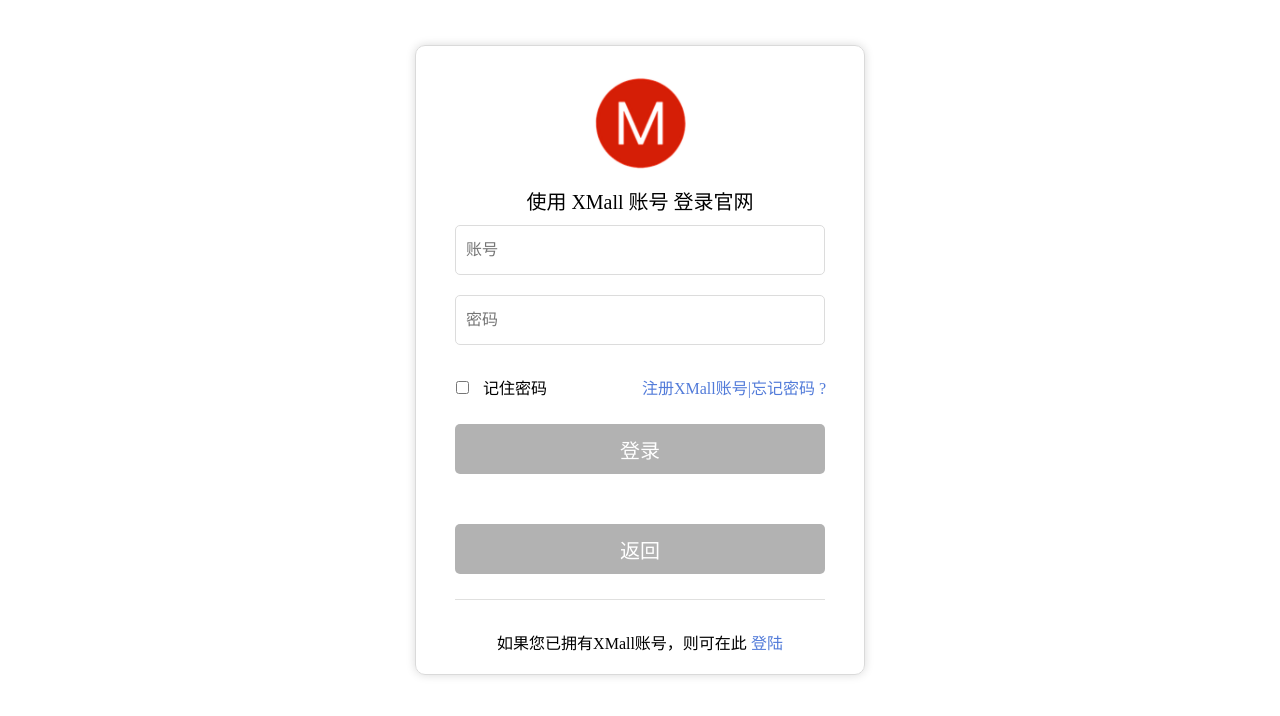
Repository: dingqihui1997/xmall-demo
Page: /signin
The author's editor kept a copy of each file at every save. The page is drawn from the files as they stood at one save, then again after the next save.
The browser window is 1280 px wide. The pictures show the whole page.
The project was rebuilt for these pictures with package versions that can differ from the ones it lists, and the page was loaded fresh each time. Also part of the build but not shown: vue.config.js, src/views/Home.vue.

Above is the page before, as saved 2021-06-29 17:48:21.

### src/main.js
import Vue from 'vue'
import App from './App.vue'
import router from './router'
import store from './store'
import ElementUI from 'element-ui';
import 'element-ui/lib/theme-chalk/index.css';
Vue.use(ElementUI);
Vue.config.productionTip = false

new Vue({
  router,
  store,
  render: h => h(App)
}).$mount('#app')

### src/App.vue
<template>
  <div id="app">
    <router-view />
  </div>
</template>

<style lang="scss">
@import "./styles/common";
@import "./styles/ui";
</style>

### src/router/index.js
import Vue from 'vue'
import VueRouter from 'vue-router'
import Home from '../views/Home.vue'

Vue.use(VueRouter)

const routes = [
  {
    path: '/',
    name: 'Home',
    component: Home
  },
  {//登录
    path: '/signin',
    name: 'Signin',
    component: () => import('../components/signin/Signin.vue')
  },
  {//注册
    path: '/register',
    name: 'Register',
    component: () => import('../components/register/Register.vue')
  },


]

const router = new VueRouter({
  mode: 'history',
  base: process.env.BASE_URL,
  routes
})

export default router

### src/styles/common.scss
 * {
     margin: 0;
     padding: 0;
 }

 .center {
     //居中显示
     margin: auto;
     position: absolute;
     top: 0;
     bottom: 0;
     left: 0;
     right: 0;
 }

 * {
     box-sizing: border-box;
 }

 .wi100 {
     width: 100%;
 }

 .hei100 {
     height: 100%;
 }

 .pflex {
     position: fixed;
     /* 固定定位 */
 }

 .flex {
     display: flex;
 }

 .flex-wrap {
     /* 子元素换行排列 */
     display: flex;
     flex-wrap: wrap;
     align-items: center;
 }

 .flex-j {
     display: flex;
     justify-content: center;
     /* 水平方向居中 */
 }

 .flex-a {
     display: flex;
     align-items: center;
     /* 垂直方向居中 */
 }

 .flex-ja {
     /* felx-ja 垂直水平方向居中 */
     display: flex;
     align-items: center;
     justify-content: center;
 }

 .flex-sb {
     /* flex-sb 子元素两边排列 */
     display: flex;
     justify-content: space-between;
 }

 .flex-sba {
     /* flex-sb 子元素两边排列 bing居中 */
     display: flex;
     justify-content: space-between;
     align-items: center;
 }

 .flex-d {
     /* z子元素竖向排列 */
     display: flex;
     flex-direction: column;
 }

 .flex-di {
     /* 子元素竖向排列并居中 */
     display: flex;
     flex-direction: column;
     align-items: center;
 }

 .flex-dj {
     /* 子元素竖向排列并居中 */
     display: flex;
     flex-direction: column;
 }

 .flex-dji {
     /* 子元素竖向排列并水平垂直居中 */
     display: flex;
     flex-direction: column;
     align-items: center;
     justify-content: center;
 }

 .pad-t10 {
     padding-top: 10px;
 }

 .pad-t15 {
     padding-top: 15px;
 }

 .margin-r55 {
     margin-right: 55px;
 }

 .marginauto {
     margin: 0 auto;
 }

 .img100 {
     width: 100%;
     height: 100%;
 }

 .img50 {
     width: 50%;
     height: 50%;
 }

 .imgh100 {
     height: 100%;
 }

 .img45 {
     width: 45%;
     height: 45%;
 }

 .img80 {
     width: 80%;
     height: 80%;
 }

 .font20 {
     font-size: 20px;
 }

 .font18 {
     font-size: 18px;
 }

 .font16 {
     font-size: 16px;
 }

 .font14 {
     font-size: 14px;
 }

 .font12 {
     font-size: 12px;
 }

 .flex1 {
     flex: 1;
 }

 .flex2 {
     flex: 1.5;
 }

 .color30 {
     color: #000000;
 }

 .color3f {
     /* 白色 */
     color: #fff;
 }

 .margin-t10 {
     margin-top: 10px;
 }

 .margin-t5 {
     margin-top: 5px;
 }

 .margin-t20 {
     margin-top: 20px;
 }

 .margin-r5 {
     margin-right: 5px;
 }

 .margin-r15 {
     margin-right: 15px;
 }

 .margin-r10 {
     margin-right: 10px;
 }

 .margin-r20 {
     margin-right: 20px;
 }

 .margin-r30 {
     margin-right: 30px;
 }

 .margin-l10 {
     margin-left: 10px;
 }

 .margin-l20 {
     margin-left: 20px;
 }

 .margin-b10 {
     margin-bottom: 10px;
 }

 .text-de {
     /* 有下划线 */
     text-decoration: underline;
 }

 .text-li {
     text-decoration: line-through;
     /* 删除线 */
 }

 .font-w7 {
     /* 加粗 */
     font-weight: 700;
 }

 .fontstyle-i {
     /* 斜体 */
     font-style: italic;
 }

 .shuoming {
     position: relative;
     top: 55px
 }

 .textr {
     text-align: right;
 }

### src/styles/ui.scss
.login {
    .el-input__inner {
        width: 370px;
        height: 50px;
    }

    .el-input__suffix {
        position: absolute;
        right: 50px;
    }

    .el-input {
        position: relative;
    }
}

### src/components/signin/Signin.vue
<template>
  <!-- 登录页面 -->
  <div class="one">
    <div class="box center flex-d login">
      <div class="top">
        <div class="flex-ja"><img src="../../assets/log1.png" alt="" /></div>
        <div class="flex-ja">使用 XMall 账号 登录官网</div>
      </div>
      <!-- 账号 -->
      <div class="flex-ja name">
        <input type="text" placeholder="账号" class="ipt" v-model="username" />
      </div>
      <!-- 密码 -->
      <div class="flex-ja name">
        <input
          type="password"
          placeholder="密码"
          class="ipt"
          v-model="password"
        />
      </div>
      <div class="flex-sb choice">
        <div>
          <input type="checkbox" class="inpt" v-model="checked" /> 记住密码
        </div>
        <div><span>注册XMall账号|</span><span>忘记密码 ?</span></div>
      </div>
      <div class="flex-ja regis">
        <!-- 动态绑定属性，最先是true禁用状态 -->
        <button
          :disabled="flag"
          :class="{ back: flag === false }"
          @click="goto"
        >
          登录
        </button>
      </div>
      <div class="flex-ja regis">
        <!-- 动态绑定属性，最先是true禁用状态 -->
        <button
          :disabled="flag"
          :class="{ back: flag === false }"
          @click="goto"
        >
          返回
        </button>
      </div>
      <div class="flex-ja">
        <div class="bottom flex-ja">
          如果您已拥有XMall账号，则可在此<span>&nbsp;登陆</span>
        </div>
      </div>
    </div>
  </div>
</template>

<script>
import axios from "axios";
export default {
  name: "",
  props: {},
  data() {
    return {
      username: "",
      password: "",
      Repeat: "",
      flag: true, //最开始禁用按钮
      checked: false,
    };
  },
  components: {},
  methods: {
    goto() {
      if (this.checked === false) {
        this.$message.error("您未勾选同意我们的相关注册协议");
      }
      if (this.password !== this.Repeat) {
        this.$message.error("两次输入的密码不相同");
      }
      if (this.password === this.Repeat && this.checked === true) {
        axios
          .post("/api/users/register", {
            username: this.username,
            password: this.password,
          })
          .then((res) => {
            console.log(res);
          })
          .catch((err) => {
            console.log("请求失败", err);
          });
      }
    },
  },
  mounted() {},
  computed: {},
  watch: {
    username(val) {
      this.username = val;
    },
    password(val) {
      this.password = val;
    },
    Repeat(val) {
      //账号和密码都输入了内容后，然后就不禁用button
      this.Repeat = val;
      if (this.username !== "" && this.password !== "" && val !== "") {
        this.flag = false;
        // console.log(val);
      } else {
        this.flag = true;
      }
    },
  },
};
</script>

<style lang='scss' scoped>
.box {
  width: 450px;
  height: 630px;
  border: 1px solid #dadada;
  border-radius: 10px;
  box-shadow: 0 0 10px #dadada;
}
.one {
  height: 100vh;
}
.top {
  height: 200px;
  font-size: 20px;
  //   margin-bottom: 35px;
  padding-top: 25px;
}
.top img {
  margin-bottom: 10px;
}
.ipt {
  width: 370px;
  height: 50px;
  outline: none;
  border: 1px #dcdcdc solid;
  border-radius: 5px;
  padding-left: 10px;
  font-size: 16px;
}
button {
  margin: 25px 0px;
  width: 370px;
  height: 50px;
  border-radius: 5px;
  border: none;
  color: #fff;
  font-size: 20px;
  background-color: #b2b2b2; //最开始设置成灰色背景颜色
}

span {
  color: #527bd9;
}

.name {
  margin-top: 10px;
  margin-bottom: 10px;
  text-align: center;
}
.choice {
  margin-top: 20px;
  width: 370px;
  position: relative;
  left: 40px;
}
.regis {
  padding: 0 35px;
}
.inpt {
  margin-right: 10px;
}
.bottom {
  width: 370px;
  border-top: 1px #e0e0df solid;
  padding: 30px 0;
}
.back {
  background-color: #5f86e4; //当按钮不禁用的时候就显示蓝色，然后添加hover的效果
  &:hover {
    background-color: #6283cf;
  }
}
</style>

Loaded but not shown: public/index.html (common file); src/store/index.js (common file)

After the next save:
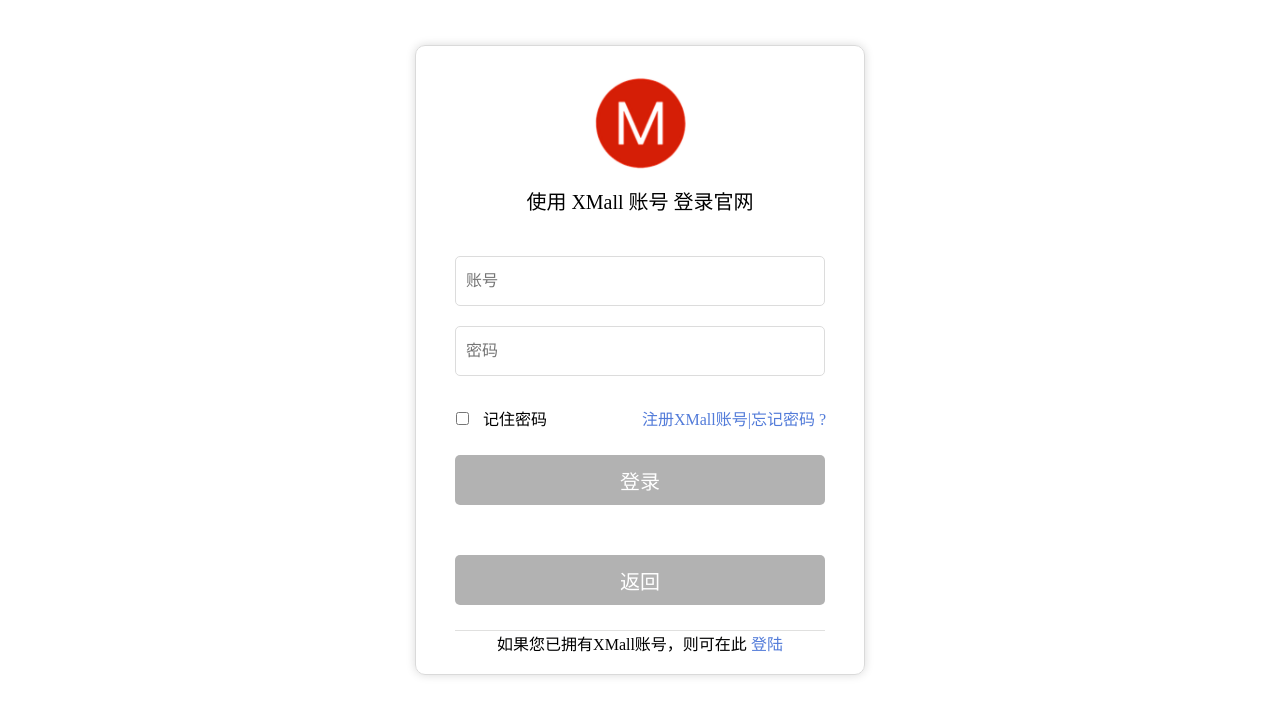
Saved 66 s later.
--- a/src/components/signin/Signin.vue
+++ b/src/components/signin/Signin.vue
@@ -179,7 +179,7 @@
 .bottom {
   width: 370px;
   border-top: 1px #e0e0df solid;
-  padding: 30px 0;
+  padding-top: 30px 0 10px 0;
 }
 .back {
   background-color: #5f86e4; //当按钮不禁用的时候就显示蓝色，然后添加hover的效果
